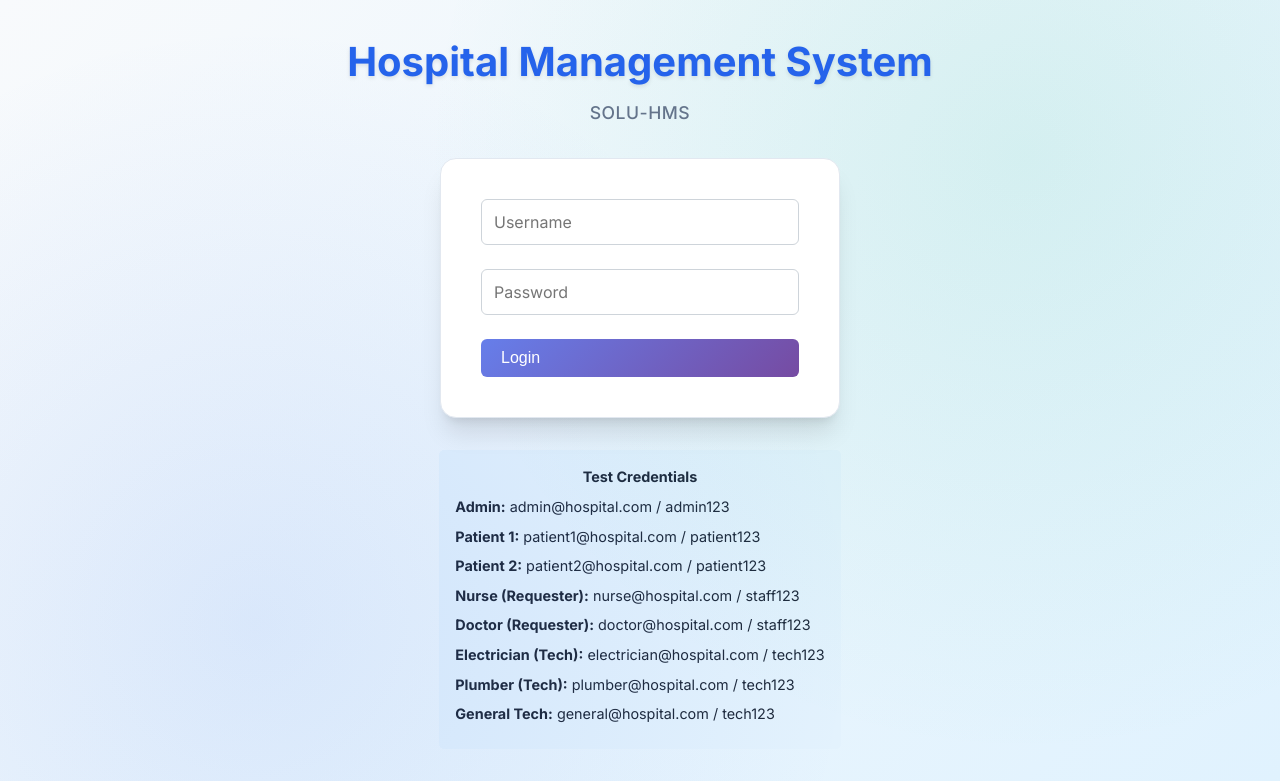
Repository: Ndegwa2/Kenyatta
Page: / (app in hospital-system/frontend/)
These files come from the project's save history. The page is drawn as it stood at one moment and after the next save; the edit follows.
The browser window is 1280 px wide. The pictures show the whole page.
The project was rebuilt for these pictures with package versions that can differ from the ones it lists, and the page was loaded fresh each time. Also part of the build but not shown: hospital-system/frontend/src/components/Navbar.jsx, hospital-system/frontend/src/components/Sidebar.jsx, hospital-system/frontend/src/services/api.js, hospital-system/frontend/src/components/PatientProfile.jsx, hospital-system/frontend/src/components/AppointmentScheduler.jsx, hospital-system/frontend/src/components/AppointmentList.jsx, hospital-system/frontend/src/components/Card.jsx, hospital-system/frontend/src/pages/PatientDashboard.css and 7 more.

Above is the page before, as saved 2025-10-21 21:52:07.

### hospital-system/frontend/public/index.html
<!DOCTYPE html>
<html lang="en">
<head>
    <meta charset="UTF-8">
    <meta name="viewport" content="width=device-width, initial-scale=1.0">
    <title>Hospital Management System</title>
</head>
<body>
    <div id="root"></div>
</body>
</html>

### hospital-system/frontend/src/App.jsx
import React from 'react';
import { BrowserRouter as Router, Routes, Route } from 'react-router-dom';
import './App.css';
import Login from './pages/Login';
import PatientDashboard from './pages/PatientDashboard';
import DepartmentDashboard from './pages/DepartmentDashboard';
import AdminDashboard from './pages/AdminDashboard';
import CasualDashboard from './pages/CasualDashboard';

function App() {
  return (
    <Router future={{
      v7_startTransition: true,
      v7_relativeSplatPath: true
    }}>
      <div className="App">
        <Routes>
          <Route path="/" element={<Login />} />
          <Route path="/patient" element={<PatientDashboard />} />
          <Route path="/department" element={<DepartmentDashboard />} />
          <Route path="/admin" element={<AdminDashboard />} />
          <Route path="/casual" element={<CasualDashboard />} />
          <Route path="*" element={<Login />} />
        </Routes>
      </div>
    </Router>
  );
}

export default App;

### hospital-system/frontend/src/pages/Login.jsx
import React, { useState } from 'react';
import { useNavigate } from 'react-router-dom';
import { auth } from '../services/auth';
import './Login.css';

const Login = () => {
  const [username, setUsername] = useState('');
  const [password, setPassword] = useState('');
  const [loading, setLoading] = useState(false);
  const [error, setError] = useState('');
  const [isRegistering, setIsRegistering] = useState(false);
  const [role, setRole] = useState('patient');
  const navigate = useNavigate();

  const handleSubmit = async (e) => {
    e.preventDefault();

    // Basic validation
    if (!username || !password) {
      setError('Please enter both username and password');
      return;
    }

    setLoading(true);
    setError('');

    try {
      if (isRegistering) {
        await auth.register(username, password, role);
        setError('Registration successful! You can now log in.');
        setIsRegistering(false);
      } else {
        const data = await auth.login(username, password);
        // Redirect based on role
        if (data.role === 'patient') {
          navigate('/patient');
        } else if (data.role === 'admin') {
          navigate('/admin');
        } else if (data.role === 'requester') {
          navigate('/department'); // requesters go to department dashboard
        } else if (data.role === 'technician') {
          navigate('/casual'); // technicians go to casual dashboard
        } else {
          // Default to admin dashboard if role is not recognized
          navigate('/admin');
        }
      }
    } catch (error) {
      setError(error.message || (isRegistering ? 'Registration failed.' : 'Login failed. Please check your credentials.'));
    } finally {
      setLoading(false);
    }
  };

  // Sample credentials for testing
  const sampleCredentials = [
    { role: 'Admin', username: 'admin@hospital.com', password: 'admin123' },
    { role: 'Patient 1', username: 'patient1@hospital.com', password: 'patient123' },
    { role: 'Patient 2', username: 'patient2@hospital.com', password: 'patient123' },
    { role: 'Nurse (Requester)', username: 'nurse@hospital.com', password: 'staff123' },
    { role: 'Doctor (Requester)', username: 'doctor@hospital.com', password: 'staff123' },
    { role: 'Electrician (Tech)', username: 'electrician@hospital.com', password: 'tech123' },
    { role: 'Plumber (Tech)', username: 'plumber@hospital.com', password: 'tech123' },
    { role: 'General Tech', username: 'general@hospital.com', password: 'tech123' }
  ];

  return (
    <div className="login">
      <div className="login-header">
        <h2>Hospital Management System</h2>
        <p className="login-subtitle">SOLU-HMS</p>
      </div>
      <form onSubmit={handleSubmit} className="login-form">
        <div className="form-group">
          <input
            type="text"
            placeholder="Username"
            value={username}
            onChange={(e) => setUsername(e.target.value)}
            className="form-control"
            disabled={loading}
          />
        </div>
        <div className="form-group">
          <input
            type="password"
            placeholder="Password"
            value={password}
            onChange={(e) => setPassword(e.target.value)}
            className="form-control"
            disabled={loading}
          />
        </div>
        {error && (
          <div className="error-message">
            {error}
          </div>
        )}
        <button type="submit" className="btn btn-primary" disabled={loading}>
          {loading ? 'Logging in...' : 'Login'}
        </button>
      </form>

      {/* Sample credentials for testing */}
      <div style={{
        marginTop: '2rem',
        padding: '1rem',
        backgroundColor: '#e3f2fd',
        borderRadius: '5px',
        fontSize: '0.9rem'
      }}>
        <h4 style={{ textAlign: 'center', marginBottom: '0.5rem' }}>Test Credentials</h4>
        {sampleCredentials.map((cred, index) => (
          <div key={index} style={{ marginBottom: '0.5rem' }}>
            <strong>{cred.role}:</strong> {cred.username} / {cred.password}
          </div>
        ))}
      </div>
    </div>
  );
};

export default Login;

### hospital-system/frontend/src/pages/Login.css
/* Login Page Styles - Hospital Theme */
.login {
  min-height: 100vh;
  display: flex;
  flex-direction: column;
  justify-content: center;
  align-items: center;
  background: linear-gradient(135deg, var(--hospital-background) 0%, #e0f2fe 100%);
  padding: 2rem;
  position: relative;
  overflow: hidden;
}

.login::before {
  content: '';
  position: absolute;
  top: 0;
  left: 0;
  right: 0;
  bottom: 0;
  background: radial-gradient(circle at 20% 80%, rgba(37, 99, 235, 0.1) 0%, transparent 50%),
              radial-gradient(circle at 80% 20%, rgba(16, 185, 129, 0.1) 0%, transparent 50%);
  pointer-events: none;
}

.login-header {
  text-align: center;
  margin-bottom: 2rem;
  position: relative;
  z-index: 1;
}

.login-header h2 {
  font-size: 2.5rem;
  font-weight: 700;
  color: var(--hospital-primary);
  margin: 0 0 0.5rem 0;
  text-shadow: 0 2px 4px rgba(0, 0, 0, 0.1);
}

.login-subtitle {
  font-size: 1.1rem;
  color: var(--hospital-text-secondary);
  font-weight: 500;
  margin: 0;
  letter-spacing: 0.5px;
}

.login-form {
  background: var(--hospital-surface);
  padding: 2.5rem;
  border-radius: var(--hospital-radius-xl);
  box-shadow: var(--hospital-shadow-xl);
  border: 1px solid var(--hospital-border);
  width: 100%;
  max-width: 400px;
  position: relative;
  z-index: 1;
  animation: loginSlideIn 0.6s ease-out;
}

@keyframes loginSlideIn {
  from {
    opacity: 0;
    transform: translateY(30px) scale(0.95);
  }
  to {
    opacity: 1;
    transform: translateY(0) scale(1);
  }
}

.form-group {
  margin-bottom: 1.5rem;
}

.form-control {
  width: 100%;
  padding: 12px 16px;
  border: 2px solid var(--hospital-border);
  border-radius: var(--hospital-radius);
  font-size: 16px;
  background: var(--hospital-surface);
  color: var(--hospital-text-primary);
  transition: var(--hospital-transition);
  outline: none;
}

.form-control:focus {
  border-color: var(--hospital-primary);
  box-shadow: 0 0 0 3px rgb(37 99 235 / 0.1);
  transform: translateY(-1px);
}

.btn-primary {
  width: 100%;
  padding: 14px;
  background: linear-gradient(135deg, var(--hospital-primary) 0%, var(--hospital-primary-dark) 100%);
  color: white;
  border: none;
  border-radius: var(--hospital-radius);
  font-size: 16px;
  font-weight: 600;
  cursor: pointer;
  transition: var(--hospital-transition);
  position: relative;
  overflow: hidden;
}

.btn-primary:hover:not(:disabled) {
  transform: translateY(-2px);
  box-shadow: var(--hospital-shadow-lg);
}

.btn-primary:active {
  transform: translateY(0);
}

.btn-primary:disabled {
  opacity: 0.7;
  cursor: not-allowed;
  transform: none;
}

.error-message {
  background: rgb(220 38 38 / 0.1);
  color: var(--hospital-error);
  padding: 12px 16px;
  border-radius: var(--hospital-radius);
  border: 1px solid rgb(220 38 38 / 0.2);
  margin-bottom: 1rem;
  font-size: 14px;
  font-weight: 500;
  text-align: center;
  animation: errorShake 0.5s ease-out;
}

@keyframes errorShake {
  0%, 100% { transform: translateX(0); }
  25% { transform: translateX(-5px); }
  75% { transform: translateX(5px); }
}

/* Test Credentials Section */
.login + div {
  margin-top: 2rem;
  background: var(--hospital-surface);
  padding: 1.5rem;
  border-radius: var(--hospital-radius-lg);
  box-shadow: var(--hospital-shadow);
  border: 1px solid var(--hospital-border);
  max-width: 400px;
  position: relative;
  z-index: 1;
  animation: credentialsFadeIn 0.8s ease-out 0.3s both;
}

@keyframes credentialsFadeIn {
  from {
    opacity: 0;
    transform: translateY(20px);
  }
  to {
    opacity: 1;
    transform: translateY(0);
  }
}

.login + div h4 {
  text-align: center;
  margin-bottom: 1rem;
  color: var(--hospital-text-primary);
  font-size: 1.1rem;
  font-weight: 600;
}

.login + div div {
  margin-bottom: 0.5rem;
  font-size: 0.9rem;
  color: var(--hospital-text-secondary);
}

.login + div strong {
  color: var(--hospital-text-primary);
  font-weight: 600;
}

/* Responsive Design */
@media (max-width: 480px) {
  .login {
    padding: 1rem;
  }

  .login-header h2 {
    font-size: 2rem;
  }

  .login-form {
    padding: 2rem 1.5rem;
    margin: 0 1rem;
  }

  .login + div {
    margin: 1.5rem 1rem 0;
    padding: 1.25rem;
  }
}

/* Loading State */
.btn-primary:disabled::after {
  content: '';
  position: absolute;
  width: 16px;
  height: 16px;
  margin: auto;
  border: 2px solid transparent;
  border-top-color: white;
  border-radius: 50%;
  animation: button-loading-spinner 1s ease infinite;
}

@keyframes button-loading-spinner {
  from { transform: rotate(0turn); }
  to { transform: rotate(1turn); }
}

### hospital-system/frontend/src/components/PatientProfile.css
/* Patient Profile Styles */
.patient-profile {
  max-width: 1200px;
  margin: 0 auto;
  padding: 20px;
}

.profile-header {
  display: flex;
  justify-content: space-between;
  align-items: center;
  margin-bottom: 30px;
  padding-bottom: 20px;
  border-bottom: 2px solid #e9ecef;
}

.profile-header h2 {
  margin: 0;
  color: #333;
  font-size: 2rem;
}

.edit-buttons {
  display: flex;
  gap: 10px;
}

/* Profile Sections */
.profile-section {
  background: white;
  padding: 25px;
  border-radius: 10px;
  box-shadow: 0 2px 8px rgba(0, 0, 0, 0.1);
  margin-bottom: 25px;
}

.profile-section h3 {
  margin-top: 0;
  margin-bottom: 20px;
  color: #495057;
  font-size: 1.3rem;
  padding-bottom: 10px;
  border-bottom: 2px solid #f0f0f0;
}

/* Form Grid */
.form-grid {
  display: grid;
  grid-template-columns: repeat(auto-fit, minmax(300px, 1fr));
  gap: 20px;
}

.form-group {
  display: flex;
  flex-direction: column;
}

.form-group.full-width {
  grid-column: 1 / -1;
}

.form-group label {
  font-weight: 600;
  margin-bottom: 8px;
  color: #495057;
  font-size: 0.95rem;
}

.form-group input,
.form-group select,
.form-group textarea {
  padding: 12px;
  border: 1px solid #ced4da;
  border-radius: 6px;
  font-size: 1rem;
  font-family: inherit;
  transition: border-color 0.2s, box-shadow 0.2s;
}

.form-group input:focus,
.form-group select:focus,
.form-group textarea:focus {
  outline: none;
  border-color: #667eea;
  box-shadow: 0 0 0 3px rgba(102, 126, 234, 0.1);
}

.form-group textarea {
  resize: vertical;
  min-height: 80px;
}

.form-value {
  padding: 12px;
  background-color: #f8f9fa;
  border-radius: 6px;
  color: #495057;
  min-height: 44px;
  display: flex;
  align-items: center;
}

.form-value.blood-type {
  font-weight: 600;
  color: #dc3545;
  background-color: #ffe6e6;
}

/* Buttons */
.btn {
  padding: 10px 20px;
  border: none;
  border-radius: 6px;
  cursor: pointer;
  font-size: 1rem;
  font-weight: 500;
  transition: all 0.2s;
  display: inline-flex;
  align-items: center;
  gap: 8px;
}

.btn-primary {
  background: linear-gradient(135deg, #667eea 0%, #764ba2 100%);
  color: white;
}

.btn-primary:hover {
  transform: translateY(-2px);
  box-shadow: 0 4px 12px rgba(102, 126, 234, 0.4);
}

.btn-success {
  background-color: #28a745;
  color: white;
}

.btn-success:hover {
  background-color: #218838;
  transform: translateY(-2px);
  box-shadow: 0 4px 12px rgba(40, 167, 69, 0.4);
}

.btn-secondary {
  background-color: #6c757d;
  color: white;
}

.btn-secondary:hover {
  background-color: #5a6268;
}

/* Loading and Error States */
.loading,
.error {
  text-align: center;
  padding: 60px 20px;
  font-size: 1.2rem;
  color: #6c757d;
}

.error {
  color: #dc3545;
}

/* Responsive Design */
@media (max-width: 768px) {
  .patient-profile {
    padding: 15px;
  }

  .profile-header {
    flex-direction: column;
    align-items: flex-start;
    gap: 15px;
  }

  .profile-header h2 {
    font-size: 1.5rem;
  }

  .edit-buttons {
    width: 100%;
  }

  .edit-buttons button {
    flex: 1;
  }

  .form-grid {
    grid-template-columns: 1fr;
  }

  .profile-section {
    padding: 20px;
  }

  .profile-section h3 {
    font-size: 1.1rem;
  }
}

/* Print Styles */
@media print {
  .profile-header button,
  .edit-buttons {
    display: none;
  }

  .profile-section {
    box-shadow: none;
    border: 1px solid #dee2e6;
    page-break-inside: avoid;
  }
}

### hospital-system/frontend/src/components/AppointmentScheduler.css
/* Appointment Scheduler Styles */
.appointment-scheduler {
  background: white;
  padding: 25px;
  border-radius: 10px;
  box-shadow: 0 2px 8px rgba(0, 0, 0, 0.1);
  margin-bottom: 20px;
}

.appointment-scheduler h3 {
  margin-top: 0;
  margin-bottom: 20px;
  color: #333;
  font-size: 1.4rem;
  padding-bottom: 10px;
  border-bottom: 2px solid #f0f0f0;
}

.appointment-form {
  display: flex;
  flex-direction: column;
  gap: 20px;
}

.form-row {
  display: grid;
  grid-template-columns: repeat(auto-fit, minmax(250px, 1fr));
  gap: 20px;
}

.form-group {
  display: flex;
  flex-direction: column;
}

.form-group.full-width {
  grid-column: 1 / -1;
}

.form-group label {
  font-weight: 600;
  margin-bottom: 8px;
  color: #495057;
  font-size: 0.95rem;
}

.form-group input,
.form-group select,
.form-group textarea {
  padding: 12px;
  border: 1px solid #ced4da;
  border-radius: 6px;
  font-size: 1rem;
  font-family: inherit;
  transition: border-color 0.2s, box-shadow 0.2s;
}

.form-group input:focus,
.form-group select:focus,
.form-group textarea:focus {
  outline: none;
  border-color: #667eea;
  box-shadow: 0 0 0 3px rgba(102, 126, 234, 0.1);
}

.form-group textarea {
  resize: vertical;
  min-height: 80px;
}

.form-group input:disabled,
.form-group select:disabled {
  background-color: #f8f9fa;
  cursor: not-allowed;
  opacity: 0.6;
}

/* Messages */
.error-message,
.success-message {
  padding: 12px 16px;
  border-radius: 6px;
  margin-bottom: 20px;
  font-weight: 500;
}

.error-message {
  background-color: #f8d7da;
  color: #721c24;
  border: 1px solid #f5c6cb;
}

.success-message {
  background-color: #d4edda;
  color: #155724;
  border: 1px solid #c3e6cb;
}

/* Form Actions */
.form-actions {
  display: flex;
  justify-content: flex-end;
  padding-top: 20px;
  border-top: 1px solid #e9ecef;
}

.btn {
  padding: 12px 24px;
  border: none;
  border-radius: 6px;
  cursor: pointer;
  font-size: 1rem;
  font-weight: 500;
  transition: all 0.2s;
  display: inline-flex;
  align-items: center;
  gap: 8px;
  text-decoration: none;
}

.btn-primary {
  background: linear-gradient(135deg, #667eea 0%, #764ba2 100%);
  color: white;
}

.btn-primary:hover:not(:disabled) {
  transform: translateY(-2px);
  box-shadow: 0 4px 12px rgba(102, 126, 234, 0.4);
}

.btn-primary:disabled {
  opacity: 0.6;
  cursor: not-allowed;
  transform: none;
}

/* Responsive Design */
@media (max-width: 768px) {
  .appointment-scheduler {
    padding: 20px;
  }

  .appointment-scheduler h3 {
    font-size: 1.2rem;
  }

  .form-row {
    grid-template-columns: 1fr;
  }

  .form-actions {
    flex-direction: column;
  }

  .btn {
    width: 100%;
    justify-content: center;
  }
}

/* Loading States */
.appointment-form.submitting {
  opacity: 0.7;
  pointer-events: none;
}

.appointment-form.submitting::after {
  content: '';
  position: absolute;
  top: 0;
  left: 0;
  right: 0;
  bottom: 0;
  background: rgba(255, 255, 255, 0.8);
  display: flex;
  align-items: center;
  justify-content: center;
  z-index: 10;
}

/* Time slot styling */
.form-group select option {
  padding: 8px;
}

/* Priority indicators */
.priority-low { color: #28a745; }
.priority-normal { color: #17a2b8; }
.priority-high { color: #ffc107; }
.priority-urgent { color: #dc3545; }

/* Appointment type styling */
.appointment-type-consultation { background-color: #e3f2fd; }
.appointment-type-follow-up { background-color: #f3e5f5; }
.appointment-type-procedure { background-color: #fff3e0; }
.appointment-type-therapy { background-color: #e8f5e8; }
.appointment-type-check-up { background-color: #fce4ec; }
.appointment-type-emergency { background-color: #ffebee; }
.appointment-type-other { background-color: #fafafa; }

### hospital-system/frontend/src/components/Card.css
/* Hospital Card Component - Calming, Professional Design */
:root {
  --hospital-primary: #2563eb;
  --hospital-secondary: #10b981;
  --hospital-accent: #f59e0b;
  --hospital-success: #059669;
  --hospital-warning: #d97706;
  --hospital-error: #dc2626;
  --hospital-info: #0891b2;
  --hospital-background: #f8fafc;
  --hospital-surface: #ffffff;
  --hospital-text-primary: #1e293b;
  --hospital-text-secondary: #64748b;
  --hospital-border: #e2e8f0;
  --hospital-shadow: 0 1px 3px 0 rgb(0 0 0 / 0.1), 0 1px 2px -1px rgb(0 0 0 / 0.1);
  --hospital-shadow-hover: 0 4px 6px -1px rgb(0 0 0 / 0.1), 0 2px 4px -2px rgb(0 0 0 / 0.1);
}

/* Base Card Styles */
.card {
  background: var(--hospital-surface);
  border-radius: 12px;
  border: 1px solid var(--hospital-border);
  box-shadow: var(--hospital-shadow);
  transition: all 0.2s cubic-bezier(0.4, 0, 0.2, 1);
  overflow: hidden;
}

/* Card Variants */
.card--default {
  padding: 20px;
}

.card--compact {
  padding: 16px;
}

.card--elevated {
  box-shadow: var(--hospital-shadow-hover);
}

.card--bordered {
  border: 2px solid var(--hospital-border);
}

.card--success {
  border-left: 4px solid var(--hospital-success);
  background: linear-gradient(135deg, #f0fdf4 0%, #ffffff 100%);
}

.card--warning {
  border-left: 4px solid var(--hospital-warning);
  background: linear-gradient(135deg, #fffbeb 0%, #ffffff 100%);
}

.card--error {
  border-left: 4px solid var(--hospital-error);
  background: linear-gradient(135deg, #fef2f2 0%, #ffffff 100%);
}

.card--info {
  border-left: 4px solid var(--hospital-info);
  background: linear-gradient(135deg, #ecfeff 0%, #ffffff 100%);
}

/* Interactive Cards */
.card--interactive {
  cursor: pointer;
  user-select: none;
}

.card--interactive:hover {
  transform: translateY(-2px);
  box-shadow: var(--hospital-shadow-hover);
  border-color: var(--hospital-primary);
}

.card--interactive:active {
  transform: translateY(0);
  transition-duration: 0.1s;
}

/* Card Content Spacing */
.card__header {
  margin-bottom: 16px;
  padding-bottom: 12px;
  border-bottom: 1px solid var(--hospital-border);
}

.card__title {
  font-size: 18px;
  font-weight: 600;
  color: var(--hospital-text-primary);
  margin: 0 0 4px 0;
}

.card__subtitle {
  font-size: 14px;
  color: var(--hospital-text-secondary);
  margin: 0;
}

.card__content {
  margin-bottom: 16px;
}

.card__footer {
  margin-top: 16px;
  padding-top: 12px;
  border-top: 1px solid var(--hospital-border);
  display: flex;
  justify-content: space-between;
  align-items: center;
}

/* Responsive Design */
@media (max-width: 768px) {
  .card {
    margin-bottom: 12px;
  }

  .card--default {
    padding: 16px;
  }

  .card--compact {
    padding: 12px;
  }

  .card__footer {
    flex-direction: column;
    align-items: flex-start;
    gap: 8px;
  }
}

/* Animation Classes */
.card--fade-in {
  animation: cardFadeIn 0.3s ease-out;
}

@keyframes cardFadeIn {
  from {
    opacity: 0;
    transform: translateY(10px);
  }
  to {
    opacity: 1;
    transform: translateY(0);
  }
}

.card--slide-in {
  animation: cardSlideIn 0.4s ease-out;
}

@keyframes cardSlideIn {
  from {
    opacity: 0;
    transform: translateX(-20px);
  }
  to {
    opacity: 1;
    transform: translateX(0);
  }
}

Loaded but not shown: hospital-system/frontend/src/index.js (common file); hospital-system/frontend/src/services/auth.js (78 lines, source omitted); hospital-system/frontend/src/App.css (504 lines, source omitted); hospital-system/frontend/src/components/TicketDetails.css (430 lines, source omitted); hospital-system/frontend/src/components/AppointmentList.css (288 lines, source omitted)

After the next save:
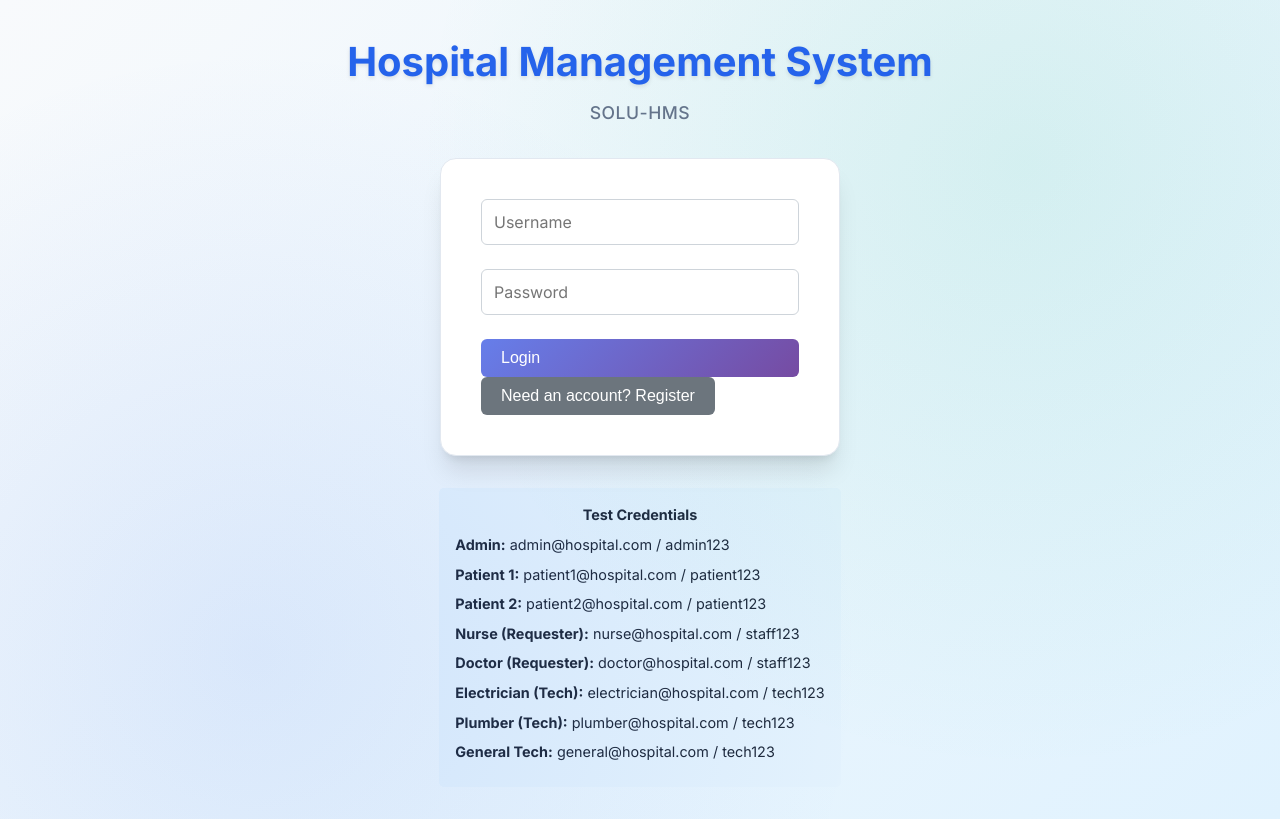
Saved 10 s later.
--- a/hospital-system/frontend/src/pages/Login.jsx
+++ b/hospital-system/frontend/src/pages/Login.jsx
@@ -96,8 +96,33 @@ const Login = () => {
             {error}
           </div>
         )}
+        {isRegistering && (
+          <div className="form-group">
+            <select
+              value={role}
+              onChange={(e) => setRole(e.target.value)}
+              className="form-control"
+              disabled={loading}
+            >
+              <option value="patient">Patient</option>
+              <option value="requester">Staff (Requester)</option>
+              <option value="technician">Technician</option>
+            </select>
+          </div>
+        )}
         <button type="submit" className="btn btn-primary" disabled={loading}>
-          {loading ? 'Logging in...' : 'Login'}
+          {loading ? (isRegistering ? 'Registering...' : 'Logging in...') : (isRegistering ? 'Register' : 'Login')}
+        </button>
+        <button
+          type="button"
+          className="btn btn-secondary"
+          onClick={() => {
+            setIsRegistering(!isRegistering);
+            setError('');
+          }}
+          disabled={loading}
+        >
+          {isRegistering ? 'Already have an account? Login' : 'Need an account? Register'}
         </button>
       </form>
 
